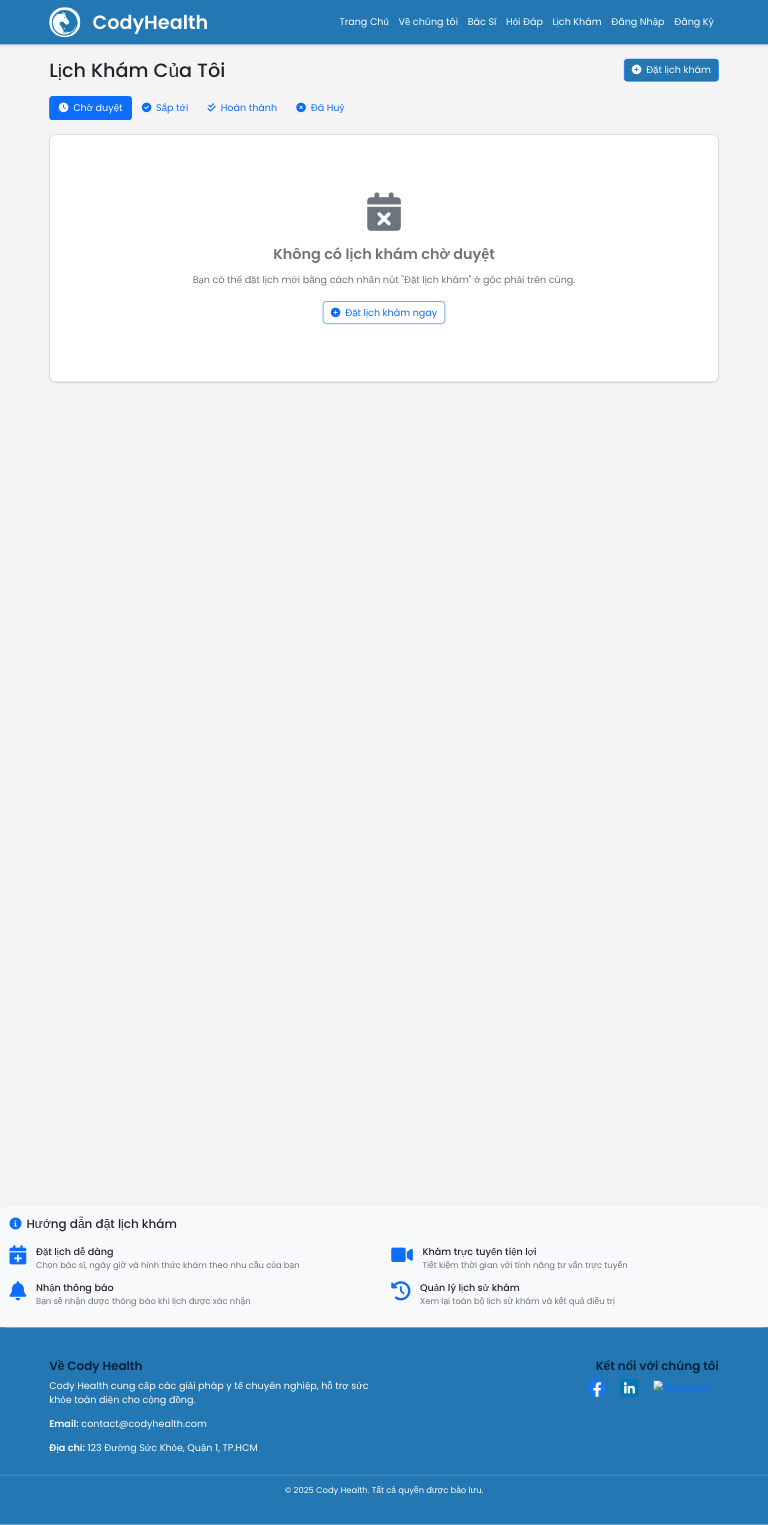
Repository: JonesKhaii/CodySocial
Page: resources/views/user/appointments.blade.php
The author's editor kept a copy of each file at every save. The page is drawn from the files as they stood at one save, then again after the next save.
The browser window is 1280 px wide. The pictures show the whole page, at 60% of full size.
The page is served by the project's Laravel application, run on PHP 8.4 with Laravel 12. Other server files are loaded and not shown. The template is opened directly, without the code that normally fills it, so the values that code supplies are empty.

Above is the page before, as saved 2025-02-20 01:22:41.

### routes/web.php
<?php

use Illuminate\Support\Facades\Route;
use App\Http\Controllers\HomeController;
use App\Http\Controllers\PostController;
use App\Http\Controllers\DoctorController;
use App\Http\Controllers\Auth\AuthController;
use App\Http\Controllers\UserController;
use App\Http\Controllers\CommentController;
use App\Http\Controllers\ImageController;
use App\Http\Controllers\TestController;
use App\Http\Controllers\AppointmentController;

// AUTH--------------------------------------------------------------------------------
// Trang đăng nhập & xử lý đăng nhập
Route::get('/login', [AuthController::class, 'showLogin'])->name('login');
Route::post('/login/doctor', [AuthController::class, 'loginAsDoctor'])->name('login.doctor');
Route::post('/login', [AuthController::class, 'processLogin']);

// Trang đăng ký & xử lý đăng ký
Route::get('/register', [AuthController::class, 'showRegister'])->name('register');
Route::post('/register', [AuthController::class, 'processRegister']);

// Đăng xuất
Route::get('/logout', [AuthController::class, 'logout'])->name('logout');



// Xử lý ảnh
Route::post('/upload-image', [ImageController::class, 'uploadImage'])->name('upload.image');


// Test
Route::post('/upload-image-test', [TestController::class, 'upload'])->name('upload-image-test');


// Route::get('/', function () {
//     return view('index');
// });
Route::get('/about', function () {
    return view('pages.about-us');
})->name('about');

Route::get('/doctors', function () {
    return view('pages.list-doctor');
})->name('doctors');
Route::get('/appointment', function () {
    return view('pages.booking-appointment');
});

Route::get('/', [HomeController::class, 'index'])->name('home');
Route::get('/post/{slug}', [PostController::class, 'detail'])->name('post.detail');


// Doctor
Route::get('/doctor/{id}', [DoctorController::class, 'profile'])->name('doctor.profile');
Route::put('/doctor/{id}', [DoctorController::class, 'update'])->name('doctor.update');
Route::get('/doctor/profile', [DoctorController::class, 'profile'])->name('doctor.profile');

Route::get('/doctor/{doctor_id}/products', [DoctorController::class, 'getAffilateProduct'])->name('doctor.products');
Route::middleware(['auth:doctor'])->group(function () {
    Route::get('/doctor/appointments', [DoctorController::class, 'getAppointments'])->name('doctor.appointments');
});
Route::put('/appointments/{id}/approve', [DoctorController::class, 'approveAppointment'])->name('doctor.appointments.approve');


Route::put('/appointments/{id}/reject', [DoctorController::class, 'rejectAppointment'])->name('doctor.appointments.reject');
Route::put('/appointments/{id}/complete', [DoctorController::class, 'completeAppointment'])->name('doctor.appointments.complete');
Route::put('/appointments/{id}/cancel', [DoctorController::class, 'cancelAppointment'])->name('doctor.appointments.cancel');



// Post detail---------------
Route::get('/create', [PostController::class, 'create'])->name('posts.create');
Route::post('/posts/store', [PostController::class, 'store'])->name('posts.store');
Route::get('/posts/{id}', [PostController::class, 'show'])->name('posts.show');
Route::put('/posts/{id}', [PostController::class, 'update'])->name('posts.update');
Route::post('/post/{slug}/comment', [CommentController::class, 'store'])->name('post-comment.store');
// User
Route::get('/user/profile', [UserController::class, 'profile'])->name('user.profile');
Route::middleware(['auth:web'])->group(function () {
    Route::get('/user/appointments', [UserController::class, 'getAppointments'])->name('user.appointments');
});
Route::get('/user/appointments', [UserController::class, 'getAppointments'])->name('user.appointments');
Route::post('/user/book-appointment', [UserController::class, 'bookAppointment'])->name('user.book.appointment');
Route::patch('/user/appointments/{id}/cancel', [UserController::class, 'cancelAppointment'])->name('user.appointments.cancel');

### resources/views/user/appointments.blade.php
@extends('layouts.master')
@section('title', 'Lịch khám')
@section('main-content')

    <div class="container py-4">
        <div class="d-flex justify-content-between align-items-center mb-4">
            <h2 class="mb-0">Lịch Khám Của Tôi</h2>
            <button type="button" class="btn btn-primary" data-bs-toggle="modal" data-bs-target="#bookAppointmentModal">
                <i class="fas fa-plus-circle me-2"></i>Đặt lịch khám
            </button>
        </div>

        <!-- Tabs -->
        <ul class="nav nav-pills mb-4">
            @foreach (['Chờ duyệt' => 'pending', 'Sắp tới' => 'confirmed', 'Hoàn thành' => 'completed', 'Đã Huỷ' => 'canceled'] as $label => $tab)
                <li class="nav-item">
                    <a class="nav-link {{ $loop->first ? 'active' : '' }}" data-bs-toggle="pill"
                        href="#{{ $tab }}">
                        <i
                            class="fas fa-{{ $tab == 'pending' ? 'clock' : ($tab == 'confirmed' ? 'check-circle' : ($tab == 'completed' ? 'check-double' : 'times-circle')) }} me-2"></i>{{ $label }}
                        @if ($appointments->where('status', $label)->count() > 0)
                            <span
                                class="badge bg-warning ms-2">{{ $appointments->where('status', $label)->count() }}</span>
                        @endif
                    </a>
                </li>
            @endforeach
        </ul>

        <!-- Tab Content -->
        <div class="tab-content min-vh-50"
            style="min-height: 500px;>
            @foreach (['Chờ duyệt' => 'pending', 'Sắp tới' => 'confirmed', 'Hoàn thành' => 'completed', 'Đã Huỷ' => 'canceled'] as $label => $tab)
<div id="{{ $tab }}"
            class="tab-pane fade {{ $loop->first ? 'show active' : '' }}">
            @if ($appointments->where('status', $label)->count() > 0)
                <!-- Table Layout -->
                <div class="table-responsive card shadow-sm">
                    <table class="table-hover mb-0 table align-middle">
                        <thead class="table-light">
                            <tr>
                                <th>Bác sĩ</th>
                                <th>Ngày giờ</th>
                                <th>Hình thức</th>
                                <th>Ghi chú</th>
                                <th class="text-end">Thao tác</th>
                            </tr>
                        </thead>
                        <tbody>
                            @foreach ($appointments->where('status', $label) as $appointment)
                                <tr>
                                    <!-- Doctor Info -->
                                    <td>
                                        <div class="d-flex align-items-center">
                                            <img src="{{ $appointment->doctor->photo ?? '/images/default-avatar.png' }}"
                                                class="rounded-circle me-3" width="40" height="40"
                                                alt="Doctor avatar">
                                            <div>
                                                <h6 class="mb-0">Bs. {{ $appointment->doctor->name }}</h6>
                                                <small
                                                    class="text-muted">{{ $appointment->doctor->specialization }}</small>
                                            </div>
                                        </div>
                                    </td>

                                    <!-- Date & Time -->
                                    <td>
                                        <div class="d-flex flex-column">
                                            <div><i class="fas fa-calendar-alt text-primary me-2"></i>
                                                {{ \Carbon\Carbon::parse($appointment->date)->format('d/m/Y') }}
                                            </div>
                                            <div><i class="fas fa-clock text-primary me-2"></i>
                                                {{ \Carbon\Carbon::parse($appointment->time)->format('H:i') }}
                                            </div>
                                        </div>
                                    </td>

                                    <!-- Consultation Type -->
                                    <td>
                                        <span
                                            class="badge {{ $appointment->consultation_type === 'online' ? 'bg-info' : 'bg-success' }} text-white">
                                            <i
                                                class="fas fa-{{ $appointment->consultation_type === 'online' ? 'video' : 'clinic-medical' }} me-1"></i>
                                            {{ $appointment->consultation_type === 'online' ? 'Tư vấn trực tuyến' : 'Khám tại phòng khám' }}
                                        </span>
                                    </td>

                                    <!-- Notes -->
                                    <td>
                                        @if ($appointment->notes)
                                            <span class="text-truncate d-inline-block" style="max-width: 150px;"
                                                data-bs-toggle="tooltip" title="{{ $appointment->notes }}">
                                                {{ Str::limit($appointment->notes, 30) }}
                                            </span>
                                        @else
                                            <span class="text-muted fst-italic">Không có ghi chú</span>
                                        @endif
                                    </td>

                                    <!-- Actions -->
                                    <td class="text-end">
                                        @if ($label === 'Chờ duyệt')
                                            <form
                                                action="{{ route('user.appointments.cancel', $appointment->id) }}"
                                                method="POST" class="d-inline">
                                                @csrf
                                                @method('PATCH')
                                                <button type="submit" class="btn btn-outline-danger btn-sm">
                                                    <i class="fas fa-times me-1"></i>Hủy lịch
                                                </button>
                                            </form>
                                        @endif

                                        @if ($label === 'Sắp tới' && $appointment->consultation_type === 'online')
                                            <a href="{{ route('video-call', $appointment->id) }}"
                                                class="btn btn-primary btn-sm">
                                                <i class="fas fa-video me-1"></i>Vào phòng khám
                                            </a>
                                        @endif
                                    </td>
                                </tr>
                            @endforeach
                        </tbody>
                    </table>
                </div>
            @else
                <div class="card min-vh-40 py-5 text-center shadow-sm">
                    <div class="card-body d-flex flex-column align-items-center justify-content-center py-5">
                        <i class="fas fa-calendar-times fa-4x text-muted mb-4"></i>
                        <h4 class="text-muted mb-3">Không có lịch khám {{ strtolower($label) }}</h4>
                        <p class="text-muted mb-4">Bạn có thể đặt lịch mới bằng cách nhấn nút "Đặt lịch khám" ở góc
                            phải trên cùng.</p>
                        <button type="button" class="btn btn-outline-primary" data-bs-toggle="modal"
                            data-bs-target="#bookAppointmentModal">
                            <i class="fas fa-plus-circle me-2"></i>Đặt lịch khám ngay
                        </button>
                    </div>
                </div>
            @endif
        </div>
        @endforeach
    </div>

    <!-- Thông tin hướng dẫn -->
    <div class="card bg-light mt-4 border-0">
        <div class="card-body">
            <h5 class="card-title"><i class="fas fa-info-circle text-primary me-2"></i>Hướng dẫn đặt lịch khám</h5>
            <div class="row mt-3">
                <div class="col-md-6">
                    <div class="d-flex mb-3">
                        <div class="text-primary me-3">
                            <i class="fas fa-calendar-plus fa-2x"></i>
                        </div>
                        <div>
                            <h6 class="mb-1">Đặt lịch dễ dàng</h6>
                            <p class="text-muted small mb-0">Chọn bác sĩ, ngày giờ và hình thức khám theo nhu cầu của
                                bạn</p>
                        </div>
                    </div>
                    <div class="d-flex mb-3">
                        <div class="text-primary me-3">
                            <i class="fas fa-bell fa-2x"></i>
                        </div>
                        <div>
                            <h6 class="mb-1">Nhận thông báo</h6>
                            <p class="text-muted small mb-0">Bạn sẽ nhận được thông báo khi lịch được xác nhận</p>
                        </div>
                    </div>
                </div>
                <div class="col-md-6">
                    <div class="d-flex mb-3">
                        <div class="text-primary me-3">
                            <i class="fas fa-video fa-2x"></i>
                        </div>
                        <div>
                            <h6 class="mb-1">Khám trực tuyến tiện lợi</h6>
                            <p class="text-muted small mb-0">Tiết kiệm thời gian với tính năng tư vấn trực tuyến</p>
                        </div>
                    </div>
                    <div class="d-flex mb-3">
                        <div class="text-primary me-3">
                            <i class="fas fa-history fa-2x"></i>
                        </div>
                        <div>
                            <h6 class="mb-1">Quản lý lịch sử khám</h6>
                            <p class="text-muted small mb-0">Xem lại toàn bộ lịch sử khám và kết quả điều trị</p>
                        </div>
                    </div>
                </div>
            </div>
        </div>
    </div>
    </div>

    <!-- Modal Đặt lịch khám (unchanged) -->
    <div class="modal fade" id="bookAppointmentModal" tabindex="-1">
        <div class="modal-dialog modal-lg">
            <div class="modal-content">
                <div class="modal-header">
                    <h5 class="modal-title">Đặt lịch khám</h5>
                    <button type="button" class="btn-close" data-bs-dismiss="modal"></button>
                </div>
                <div class="modal-body">
                    <form action="{{ route('user.book.appointment') }}" method="POST" id="appointmentForm">
                        @csrf
                        <div class="row g-3">
                            <div class="col-md-6">
                                <label class="form-label">Chọn bác sĩ</label>
                                <select name="doctor_id" class="form-select" required>
                                    <option value="">-- Chọn bác sĩ --</option>
                                    @foreach ($doctors as $doctor)
                                        <option value="{{ $doctor->id }}">Bs. {{ $doctor->name }} -
                                            {{ $doctor->specialization }}</option>
                                    @endforeach
                                </select>
                            </div>

                            <div class="col-md-6">
                                <label class="form-label">Hình thức khám</label>
                                <select name="consultation_type" class="form-select" required>
                                    <option value="clinic">Khám tại phòng khám</option>
                                    <option value="online">Tư vấn trực tuyến</option>
                                </select>
                            </div>

                            <div class="col-md-6">
                                <label class="form-label">Ngày khám</label>
                                <input type="date" name="date" class="form-control" required
                                    min="{{ date('Y-m-d') }}">
                            </div>

                            <div class="col-md-6">
                                <label class="form-label">Giờ khám</label>
                                <select name="time" class="form-select" required>
                                    <option value="">-- Chọn giờ --</option>
                                    @foreach (['08:00', '09:00', '10:00', '14:00', '15:00', '16:00'] as $time)
                                        <option value="{{ $time }}">{{ $time }}</option>
                                    @endforeach
                                </select>
                            </div>

                            <div class="col-12">
                                <label class="form-label">Lý do khám</label>
                                <textarea name="notes" class="form-control" rows="3" placeholder="Mô tả triệu chứng, lý do khám..."></textarea>
                            </div>
                        </div>
                    </form>
                </div>
                <div class="modal-footer">
                    <button type="button" class="btn btn-secondary" data-bs-dismiss="modal">Đóng</button>
                    <button type="submit" form="appointmentForm" class="btn btn-primary">Đặt lịch</button>
                </div>
            </div>
        </div>
    </div>

@endsection
@push('scripts')
    <script>
        // Validation và xử lý form (unchanged)
        document.getElementById('appointmentForm').addEventListener('submit', function(e) {
            e.preventDefault();
            // Thêm validation logic ở đây
            this.submit();
        });

        // Cập nhật slot giờ khám dựa theo ngày và bác sĩ
        document.querySelector('select[name="doctor_id"], input[name="date"]').addEventListener('change', function() {
            const doctorId = document.querySelector('select[name="doctor_id"]').value;
            const date = document.querySelector('input[name="date"]').value;

            if (doctorId && date) {
                // Gọi API để lấy các slot còn trống
                fetch(`/api/available-slots/${doctorId}/${date}`)
                    .then(response => response.json())
                    .then(data => {
                        const timeSelect = document.querySelector('select[name="time"]');
                        timeSelect.innerHTML = '<option value="">-- Chọn giờ --</option>';
                        data.forEach(slot => {
                            timeSelect.innerHTML += `<option value="${slot}">${slot}</option>`;
                        });
                    });
            }
        });

        // Initialize tooltips
        document.addEventListener('DOMContentLoaded', function() {
            var tooltipTriggerList = [].slice.call(document.querySelectorAll('[data-bs-toggle="tooltip"]'))
            var tooltipList = tooltipTriggerList.map(function(tooltipTriggerEl) {
                return new bootstrap.Tooltip(tooltipTriggerEl)
            });
        });
    </script>
@endpush

### resources/views/layouts/master.blade.php
<!DOCTYPE html>
<html lang="vi">

<head>
    @include('layouts.head')
</head>

<body>
    <!-- Header -->
    @include('layouts.header')

    <!-- Nội dung chính -->
    @yield('main-content')

    <!-- Footer -->
    @include('layouts.footer')

    <!-- Scripts -->
    <script src="{{ asset('js/bootstrap.bundle.min.js') }}"></script>
    <script src="{{ asset('js/main.js') }}"></script>
</body>

</html>

### resources/views/layouts/head.blade.php
<!-- Meta Tag -->
<meta charset="utf-8">
<meta http-equiv="X-UA-Compatible" content="IE=edge">
<meta name="viewport" content="width=device-width, initial-scale=1, shrink-to-fit=no">
<meta name="description" content="">
<meta name="author" content="">
<meta name="csrf-token" content="{{ csrf_token() }}">
<!-- Title Tag  -->
<title>@yield('title')</title>
<!---- Css------------->
<link
    href="https://cdn.jsdelivr.net/npm/bootstrap@5.2.3/dist/css/bootstrap.min.css"
    rel="stylesheet" />
<link href="https://cdnjs.cloudflare.com/ajax/libs/font-awesome/6.0.0-beta3/css/all.min.css" rel="stylesheet">
<script src="https://cdn.jsdelivr.net/npm/bootstrap@5.2.3/dist/js/bootstrap.bundle.min.js"></script>
<script src="https://code.jquery.com/jquery-3.6.1.min.js"></script>

<link rel="stylesheet" href="{{ asset('css/style.css') }}">
<link rel="stylesheet" href="{{ asset('css/about-us.css') }}">
<link rel="stylesheet" href="{{ asset('css/doctors.css') }}">
<link rel="stylesheet" href="{{ asset('css/login.css') }}">

### public/css/about-us.css
body {
    background-color: #f4f4f4;
}
.hero-section {
    margin-top: 20px;
    background: url("asset/images/banners/banner2.webp") center/cover no-repeat;
    padding: 100px 0;
    text-align: center;
    color: white;
}
.hero-section h1 {
    font-size: 48px;
    font-weight: bold;
}
.about-content {
    background: white;
    padding: 40px;
    border-radius: 8px;
    box-shadow: 0px 4px 10px rgba(0, 0, 0, 0.1);
}
.icon-box {
    text-align: center;
    padding: 20px;
    background: white;
    border-radius: 10px;
    box-shadow: 0px 2px 5px rgba(0, 0, 0, 0.1);
    transition: transform 0.3s ease-in-out;
}
.icon-box i {
    font-size: 40px;
    color: #007bff;
}
.icon-box:hover {
    transform: scale(1.05);
}
.team-member {
    text-align: center;
}
.team-member img {
    width: 120px;
    height: 120px;
    border-radius: 50%;
    margin-bottom: 10px;
}

Loaded but not shown: public/js/main.js (160 lines, source omitted); public/css/style.css (410 lines, source omitted); resources/views/layouts/header.blade.php (82 lines, source omitted); public/css/login.css (145 lines, source omitted); resources/views/layouts/footer.blade.php (30 lines, source omitted)

After the next save:
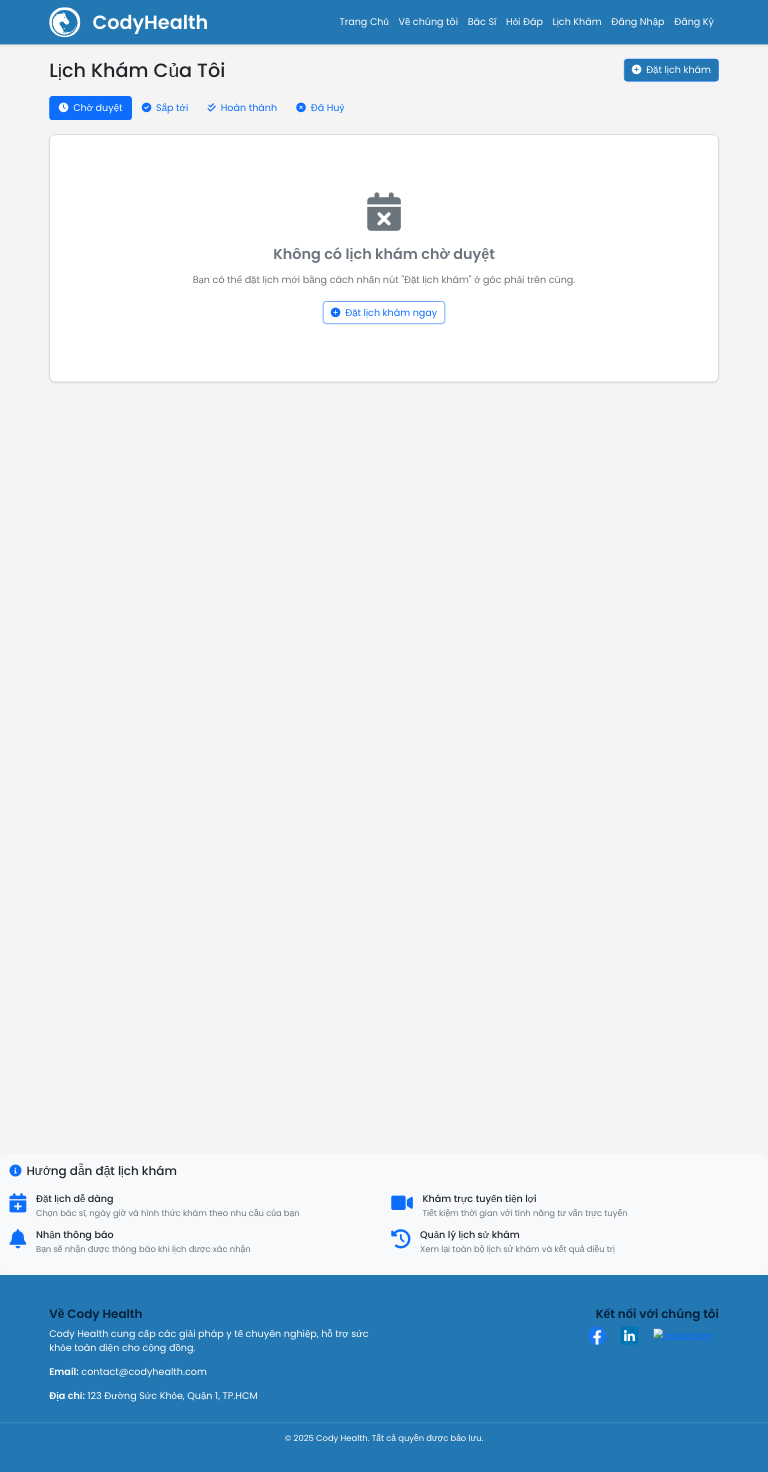
Saved 12 s later.
--- a/resources/views/user/appointments.blade.php
+++ b/resources/views/user/appointments.blade.php
@@ -29,7 +29,7 @@
 
         <!-- Tab Content -->
         <div class="tab-content min-vh-50"
-            style="min-height: 500px;>
+            style="min-height: 200px;>
             @foreach (['Chờ duyệt' => 'pending', 'Sắp tới' => 'confirmed', 'Hoàn thành' => 'completed', 'Đã Huỷ' => 'canceled'] as $label => $tab)
 <div id="{{ $tab }}"
             class="tab-pane fade {{ $loop->first ? 'show active' : '' }}">
